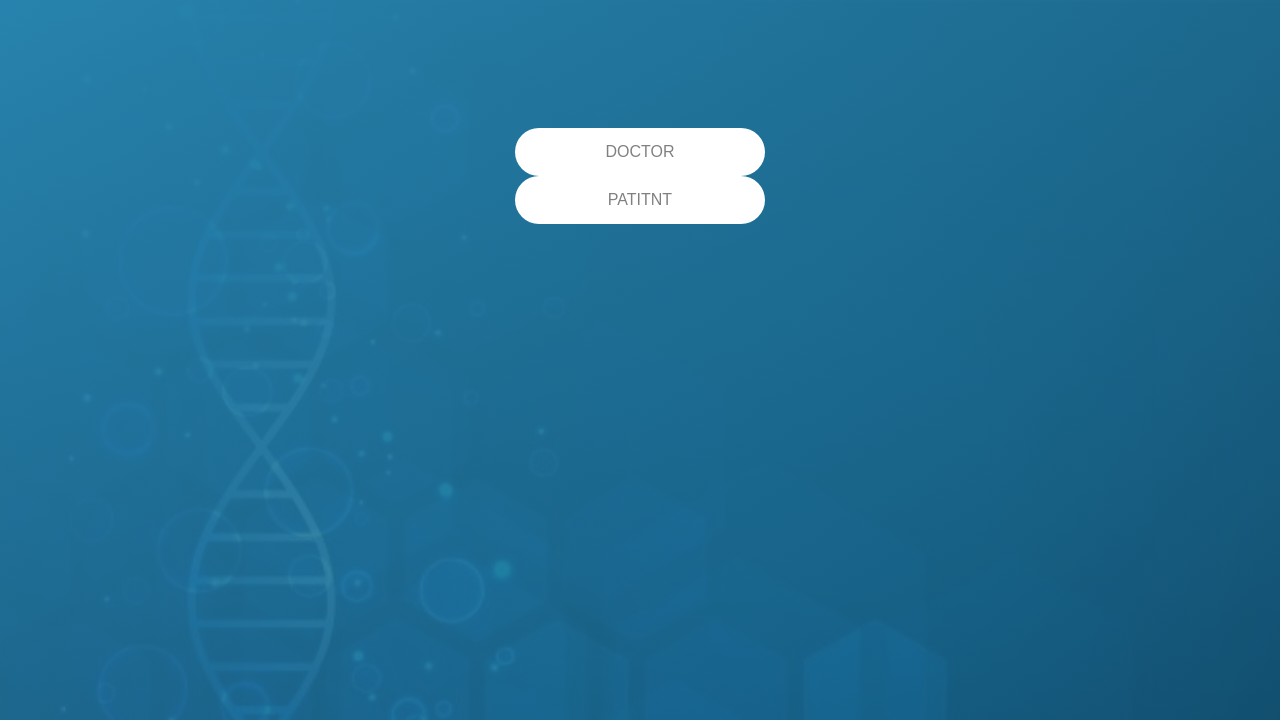
Repository: ajayaj2001/healthcare-digitization
Page: /
These files come from the project's save history. The page is drawn as it stood at one moment and after a run of saves; the edit follows.
The browser window is 1280 px wide. The pictures show the whole page.
The project was rebuilt for these pictures with package versions that can differ from the ones it lists, and the page was loaded fresh each time.

Above is the page before, as saved 2021-03-12 18:36:39.

### public/index.html
<!DOCTYPE html>
<html lang="en">

<head>
  <meta charset="utf-8" />
  <meta name="viewport" content="width=device-width, initial-scale=1" />
  <meta name="theme-color" content="#000000" />
  <meta name="description" content="Web site created using create-react-app" />
  <link rel="stylesheet" href="https://fonts.googleapis.com/css?family=Roboto:300,400,500,700&display=swap" />
  <link rel="stylesheet" href="https://fonts.googleapis.com/icon?family=Material+Icons" />

  <!--
      manifest.json provides metadata used when your web app is installed on a
      user's mobile device or desktop. See https://developers.google.com/web/fundamentals/web-app-manifest/
    -->
  <!-- <link rel="manifest" href="%PUBLIC_URL%/manifest.json" /> -->
  <!--
      Notice the use of %PUBLIC_URL% in the tags above.
      It will be replaced with the URL of the `public` folder during the build.
      Only files inside the `public` folder can be referenced from the HTML.

      Unlike "/favicon.ico" or "favicon.ico", "%PUBLIC_URL%/favicon.ico" will
      work correctly both with client-side routing and a non-root public URL.
      Learn how to configure a non-root public URL by running `npm run build`.
    -->
  <title>medical</title>
</head>

<body>
  <noscript>You need to enable JavaScript to run this app.</noscript>
  <div id="root"></div>
  <!--
      This HTML file is a template.
      If you open it directly in the browser, you will see an empty page.

      You can add webfonts, meta tags, or analytics to this file.
      The build step will place the bundled scripts into the <body> tag.

      To begin the development, run `npm start` or `yarn start`.
      To create a production bundle, use `npm run build` or `yarn build`.
    -->
</body>

</html>

### src/index.js
import React from 'react';
import ReactDOM from 'react-dom';
import './index.scss';
import App from './component/app/App';

ReactDOM.render(
  <React.StrictMode>
    <App />
  </React.StrictMode>,
  document.getElementById('root')
);

### src/index.scss
code {
  font-family: source-code-pro, Menlo, Monaco, Consolas, "Courier New", monospace;
}
@mixin respond($breakpoint) {
  @if $breakpoint == phone {
    @media (max-width: 37.5em) {
      @content;
    }
  }

  @if $breakpoint == tab-land {
    @media (max-width: 75em) {
      @content;
    }
  }
  @if $breakpoint == tab-port {
    @media (max-width: 56.25em) {
      @content;
    }
  }
  @if $breakpoint == big-desktop {
    @media (min-width: 112.5em) {
      @content;
    }
  }
}

*,
*::after,
*::before {
  margin: 0;
  padding: 0;
  box-sizing: inherit;
}
body {
  font-family: "Lato", sans-serif;
  font-weight: 400;
  font-size: 16px;
  line-height: 1.7;
  color: #777;
  //padding: 30px;
  box-sizing: border-box;
  @include respond(tab-port) {
    padding: 0;
  }
}

html {
  font-size: 62.5%; //1rem=10px 10px/16px=62.5%
  @include respond(tab-land) {
    //width <1200
    font-size: 56.25%; //1rem=9px
  }
  @include respond(tab-port) {
    //<width <900
    font-size: 50%; //1rem=8px
  }
  // @include respond(phone) {
  //     //<width<600
  //     font-size: 40%; //1rem=4.8px
  // }
  @include respond(big-desktop) {
    //>1200
    font-size: 75%; //1rem=12
  }
}

### src/component/app/App.js
import './App.scss';

import UserType from "../userType/UserType";

function App() {
  return (
    <div className="App">
      <UserType />
    </div>
  );
}

export default App;

### src/component/userType/UserType.js
import React from 'react'
import './UserType.scss'

const UserType = () => {
    return (
        <div className="userType">
<div className="userType-buttons">
            <button className="btn btn--white btn--animation" >Doctor</button>
            <button className="btn btn--white btn--animation" >Patitnt</button>
            </div>
        </div>
    )
}

export default UserType

### src/component/userType/UserType.scss
.userType {
    height: 100vh;
    background-image: linear-gradient(to right bottom, #2783ad, rgba(23, 91, 122, 0.774)), url(../../img/img-1.jpg);
    background-size: cover;
    background-position: top;
    position: relative;
}

.btn {
    &,
    &:link,
    &:visited {
        text-decoration: none;
        padding: 1.5rem 3rem;
        text-transform: uppercase;
        display: inline-block;
        border-radius: 10rem;
        transition: all 0.2s;
        position: relative;
        font-size: 1.6rem;
width: 25rem;
        //for button element

        border: none;
        cursor: pointer;
    }
    &:hover {
        transform: translateY(-0.3rem);
        box-shadow: 0 1rem 2rem rgba(0, 0, 0, 0.3);
        &::after {
            transform: scalex(1.4) scaleY(1.6);
            opacity: 0;
        }
    }
    &:active,
    &:focus {
        outline: none;
        transform: translateY(-0.1rem);
        box-shadow: 0 0.5rem 1rem rgba(0, 0, 0, 0.2);
    }
    &--white {
        background-color: #fff;
        color: grey;
        &::after {
            background-color: #fff;
        }
    }
    // &--green {
    //     background-color: rgba(40, 180, 131, 0.8);
    //     color: white;
    //     &::after {
    //         background-color: rgba(40, 180, 131, 0.8);
    //     }
    // }
    &::after {
        content: "";
        display: inline-block;
        border-radius: 10rem;
        transition: all 0.4s;
        height: 100%;
        width: 100%;
        top: 0;
        left: 0;
        position: absolute;
        z-index: -1;
    }
    &--animation {
        animation: moveInBottom 0.5s ease-out 0.75 backwards;
    }
}

.userType-buttons{
    display: flex;
    flex-direction: column;
    align-items: center;
    padding-top: 10%;
}

Loaded but not shown: src/component/app/App.scss (no stored copy; drawn as an empty file)

After the next 2 saves:
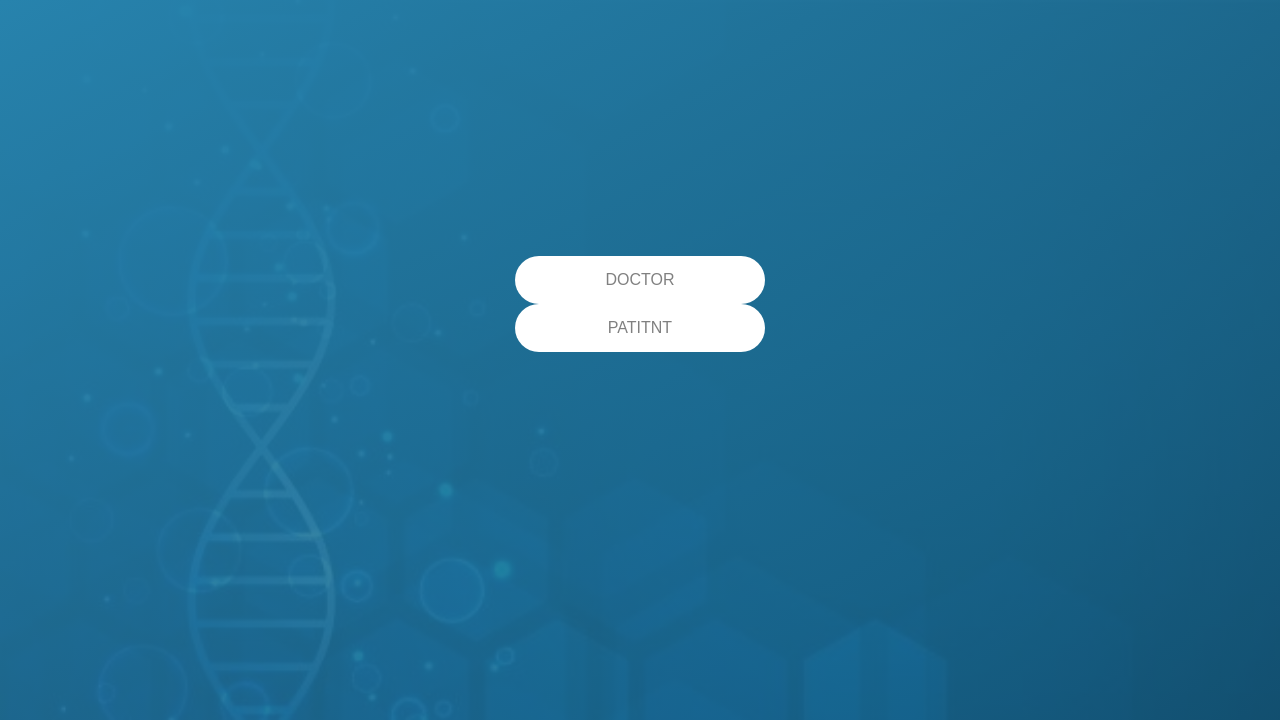
The 2 saves are shown as one change because they came seconds apart.
The last was saved 7 s later.
--- a/src/component/userType/UserType.scss
+++ b/src/component/userType/UserType.scss
@@ -73,5 +73,5 @@ width: 25rem;
     display: flex;
     flex-direction: column;
     align-items: center;
-    padding-top: 10%;
+    padding-top: 20%;
 }

After the save that followed:
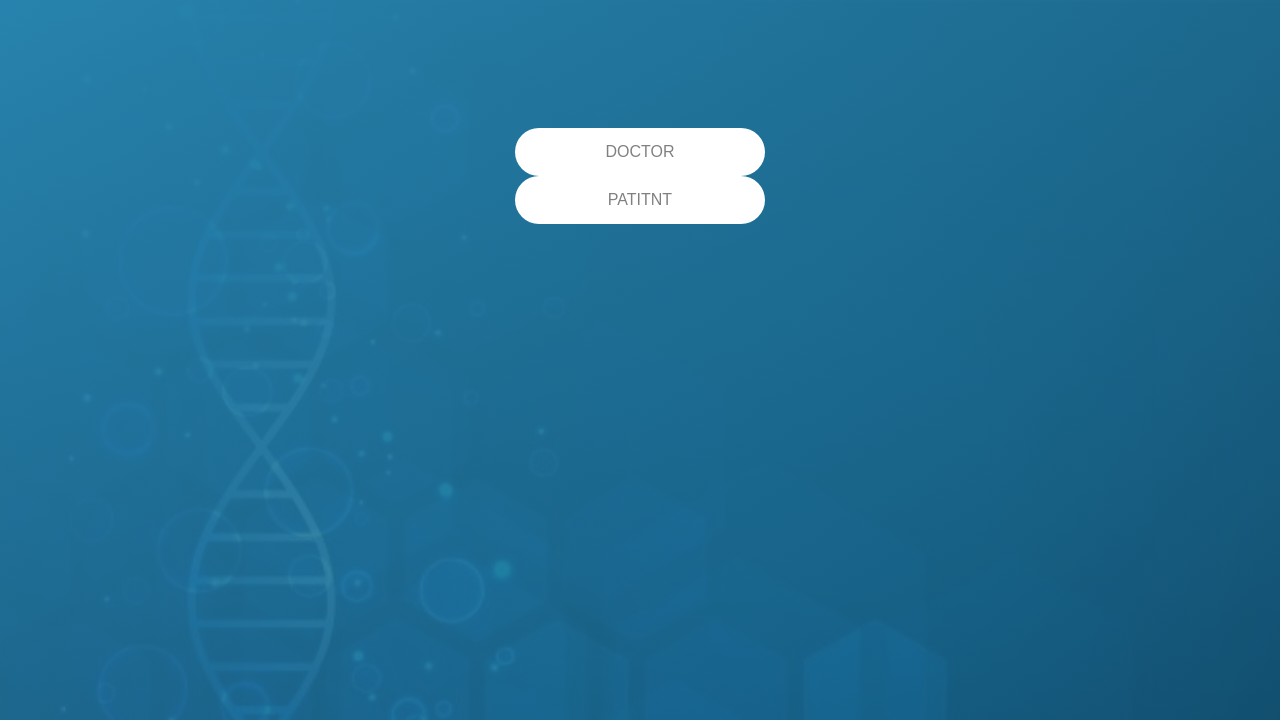
Saved 5 s later.
--- a/src/component/userType/UserType.scss
+++ b/src/component/userType/UserType.scss
@@ -73,5 +73,5 @@ width: 25rem;
     display: flex;
     flex-direction: column;
     align-items: center;
-    padding-top: 20%;
+    padding-top: 10%;
 }
